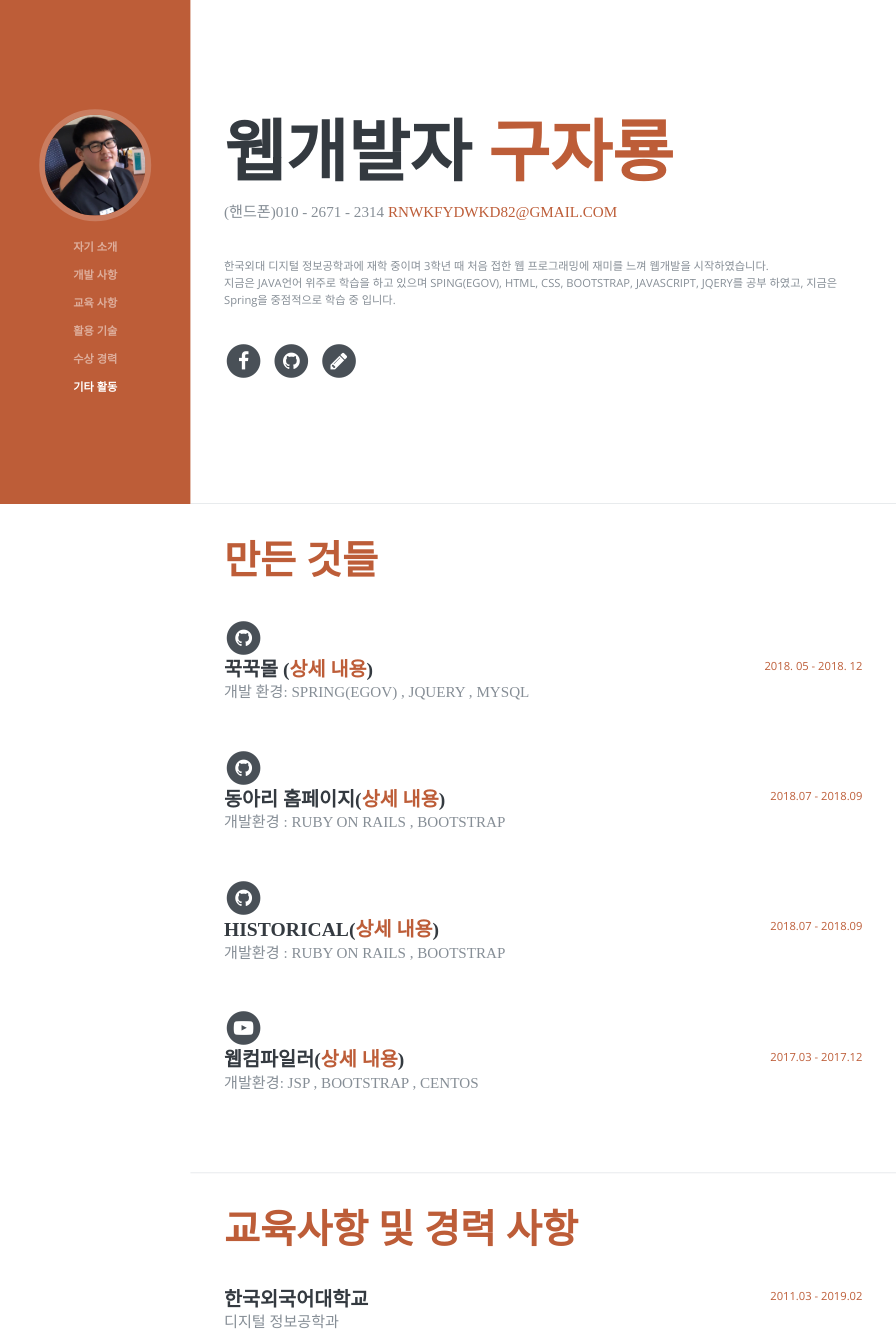
Repository: kujarung/kujarung.github.io
Page: index.html
The author's editor kept a record of every edit. The page is drawn from the files as they stood at one moment, then again after the next edit.
The browser window is 1280 px wide. The pictures show the part of the page from y = 0 to 1920 px (the page is 5018 px tall), at 70% of full size.
Some web fonts or font styles are not loaded; a fallback is used.

Above is the page before.

After the next edit:
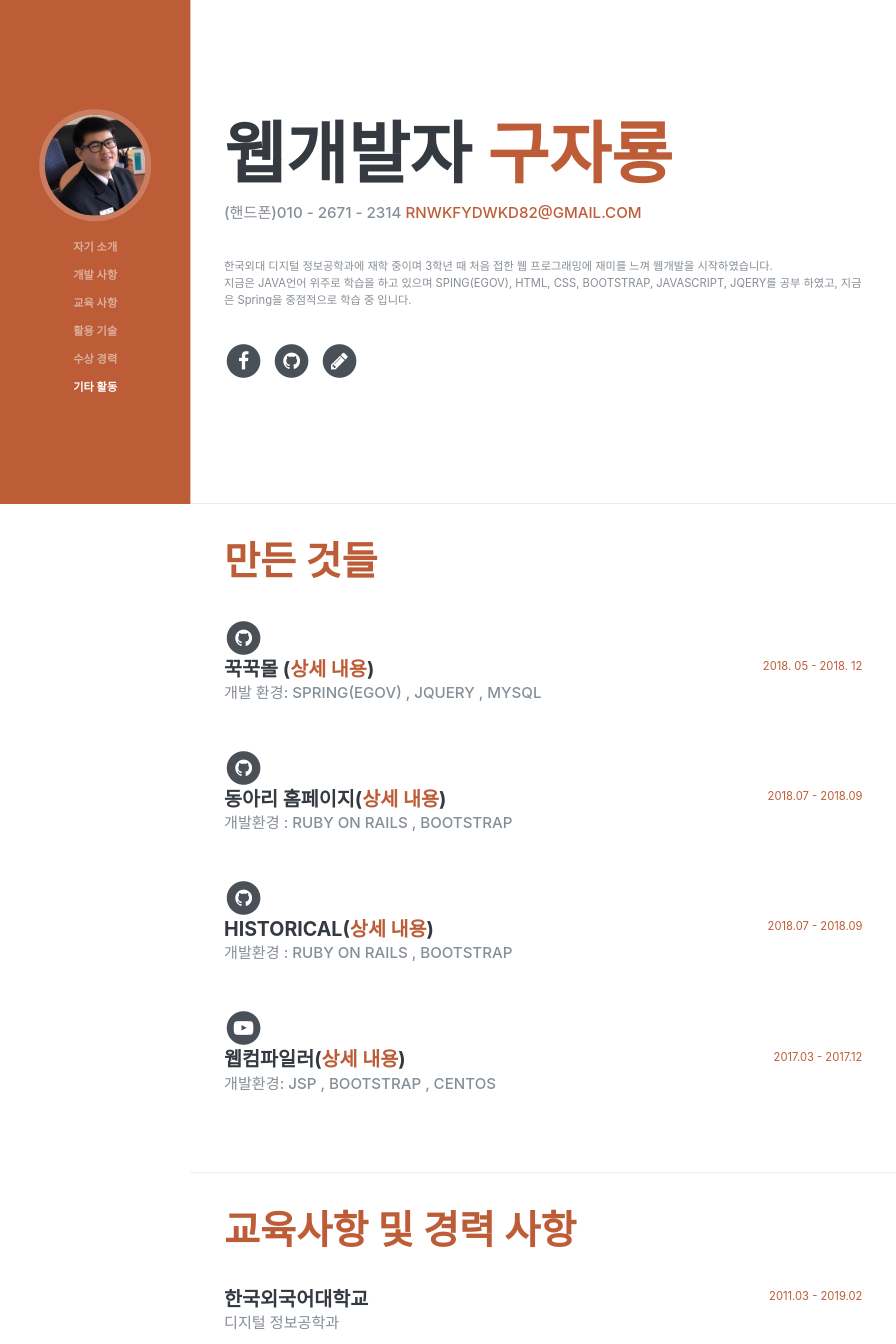
The edit:
--- a/css/resume.min.css
+++ b/css/resume.min.css
@@ -1,7 +1,6 @@
-
+@font-face { font-family: 'Godo'; font-style: normal; font-weight: 400; src: url('//cdn.jsdelivr.net/korean-webfonts/1/corps/godo/Godo/GodoM.woff2') format('woff2'), url('//cdn.jsdelivr.net/korean-webfonts/1/corps/godo/Godo/GodoM.woff') format('woff'); } @font-face { font-family: 'Godo'; font-style: normal; font-weight: 700; src: url('//cdn.jsdelivr.net/korean-webfonts/1/corps/godo/Godo/GodoB.woff2') format('woff2'), url('//cdn.jsdelivr.net/korean-webfonts/1/corps/godo/Godo/GodoB.woff') format('woff'); } .godo * { font-family: 'Godo', sans-serif; }
 
 body {
-  font-family: 'Open Sans', serif;
   padding-top: 54px;
   color: #868e96;
 }
@@ -19,7 +18,6 @@
 h4,
 h5,
 h6 {
-  font-family: 'Saira Extra Condensed', serif;
   font-weight: 700;
   text-transform: uppercase;
   color: #343a40;
@@ -37,7 +35,6 @@
 .subheading {
   text-transform: uppercase;
   font-weight: 500;
-  font-family: 'Saira Extra Condensed', serif;
   font-size: 1.35rem;
 }
 
